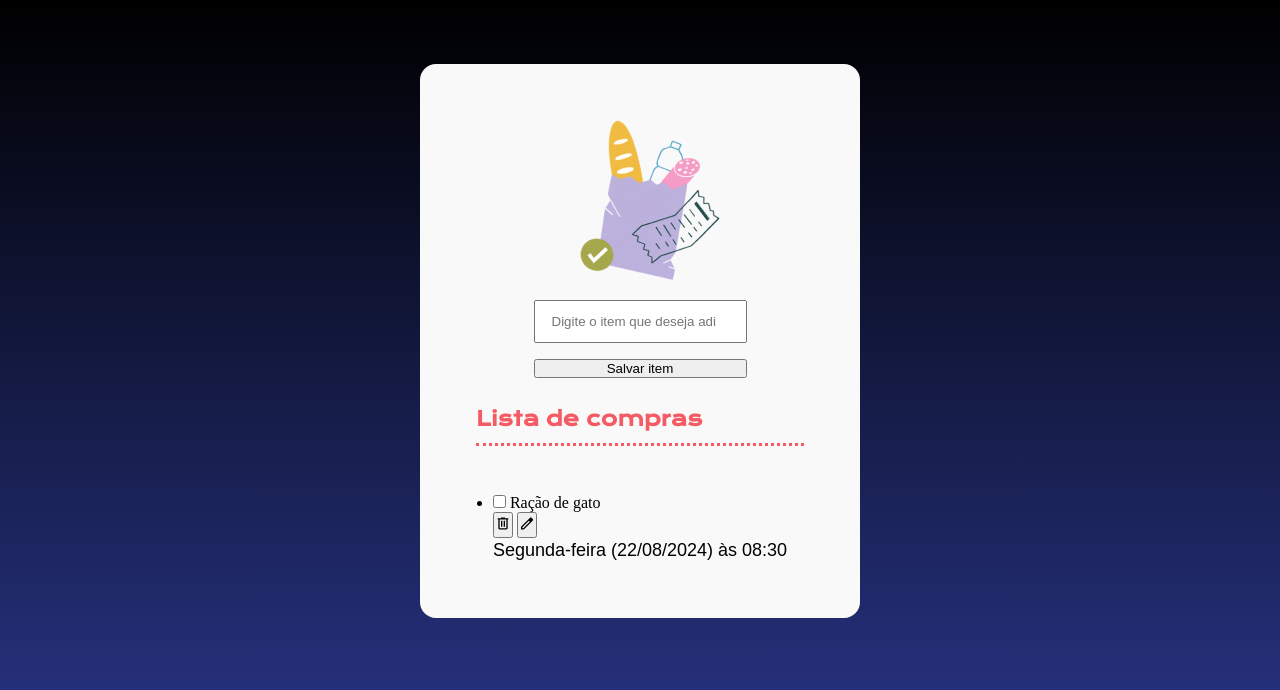
Repository: joaoPraiaJunior/compras_js
Page: index.html
The author's editor kept a copy of each file at every save. The page is drawn from the files as they stood at one save, then again after the next save.
The browser window is 1280 px wide. The pictures show the whole page.
Some web fonts or font styles are not loaded; a fallback is used.

Above is the page before, as saved 2024-08-22 20:59:36.

After the next save:
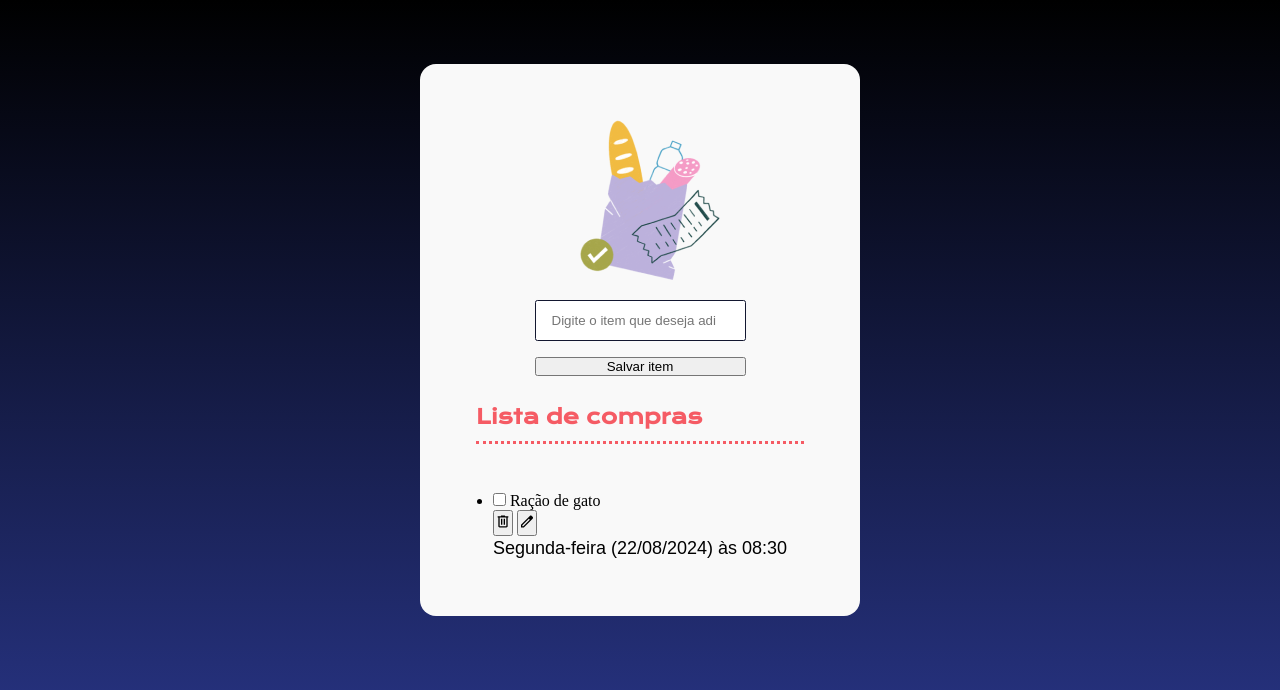
Saved 90 s later.
--- a/css/styles.css
+++ b/css/styles.css
@@ -84,5 +84,7 @@ p {
 }
 
 .busca__campo {
+    border: .1rem solid var(--preto);
+    border-radius: 2.4px;
     padding: 1.2rem 1.6rem;
 }
